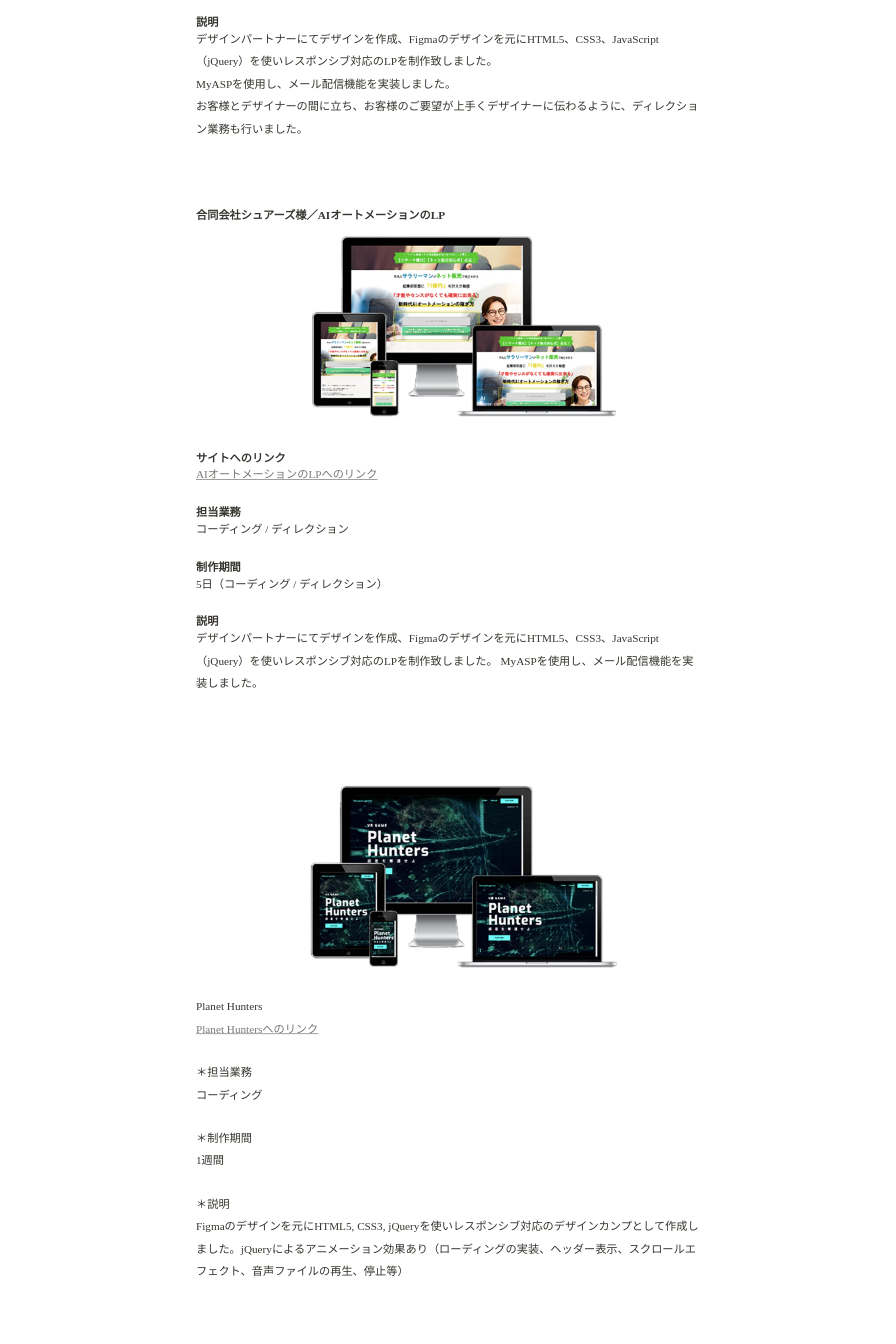
Repository: tetishi/my-portfolio
Page: index.html
The author's editor kept a copy of each file at every save. The page is drawn from the files as they stood at one save, then again after the next save.
The browser window is 1280 px wide. The pictures show the part of the page from y = 2585 to 4505 px (the page is 11327 px tall), at 70% of full size.
The style sheet was rebuilt from its Sass, Less or Tailwind sources for each picture, by a compiler version that may differ from the author's.

Above is the page before, as saved 2024-05-19 15:40:33.

After the next save:
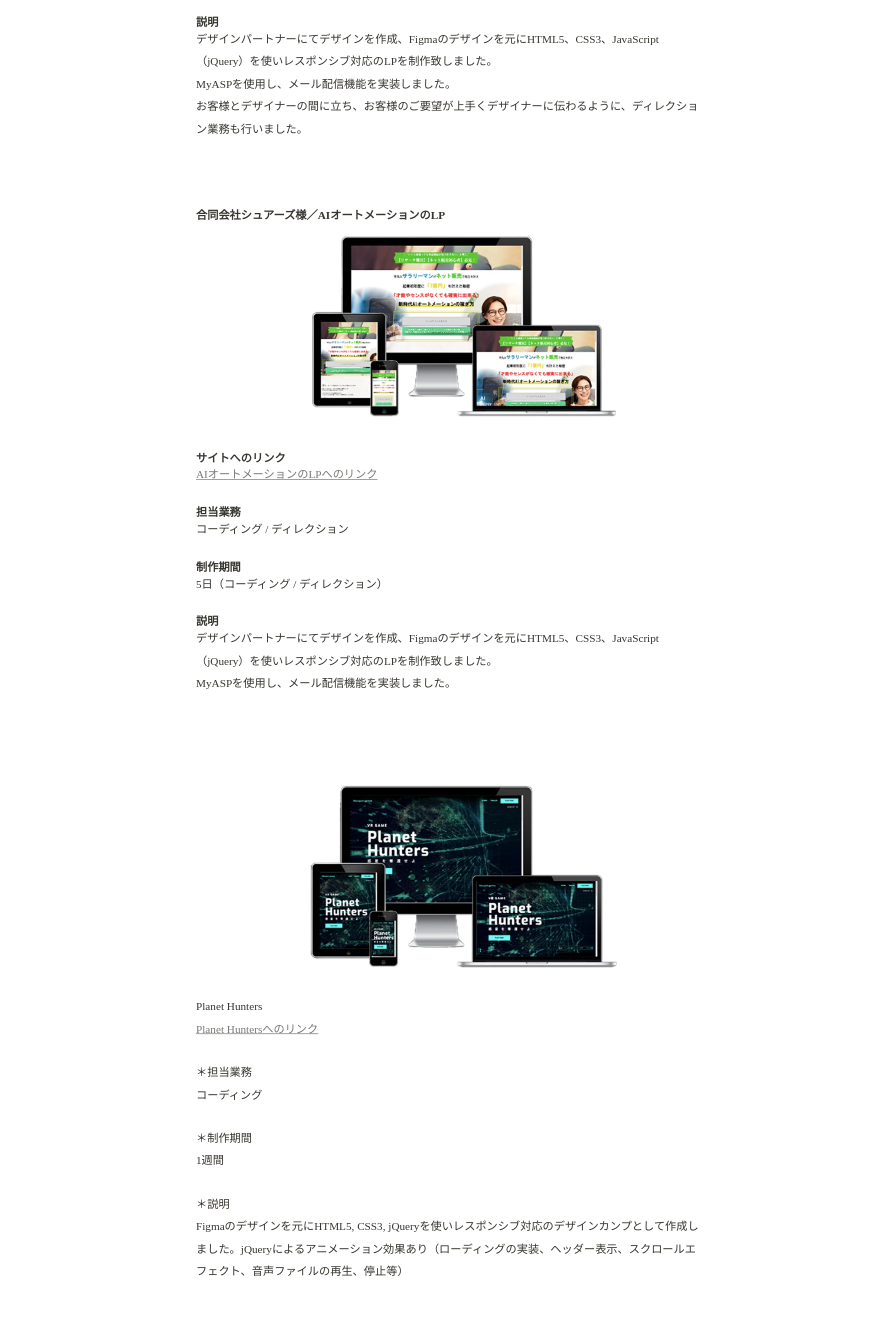
Saved 8 s later.
--- a/index.html
+++ b/index.html
@@ -187,7 +187,7 @@
 
                 <h3 class="details">説明</h3>
                 <!-- ここ記入 -->
-                <p>デザインパートナーにてデザインを作成、Figmaのデザインを元にHTML5、CSS3、JavaScript（jQuery）を使いレスポンシブ対応のLPを制作致しました。
+                <p>デザインパートナーにてデザインを作成、Figmaのデザインを元にHTML5、CSS3、JavaScript（jQuery）を使いレスポンシブ対応のLPを制作致しました。<br>
                     MyASPを使用し、メール配信機能を実装しました。</p>
             </div>
 
